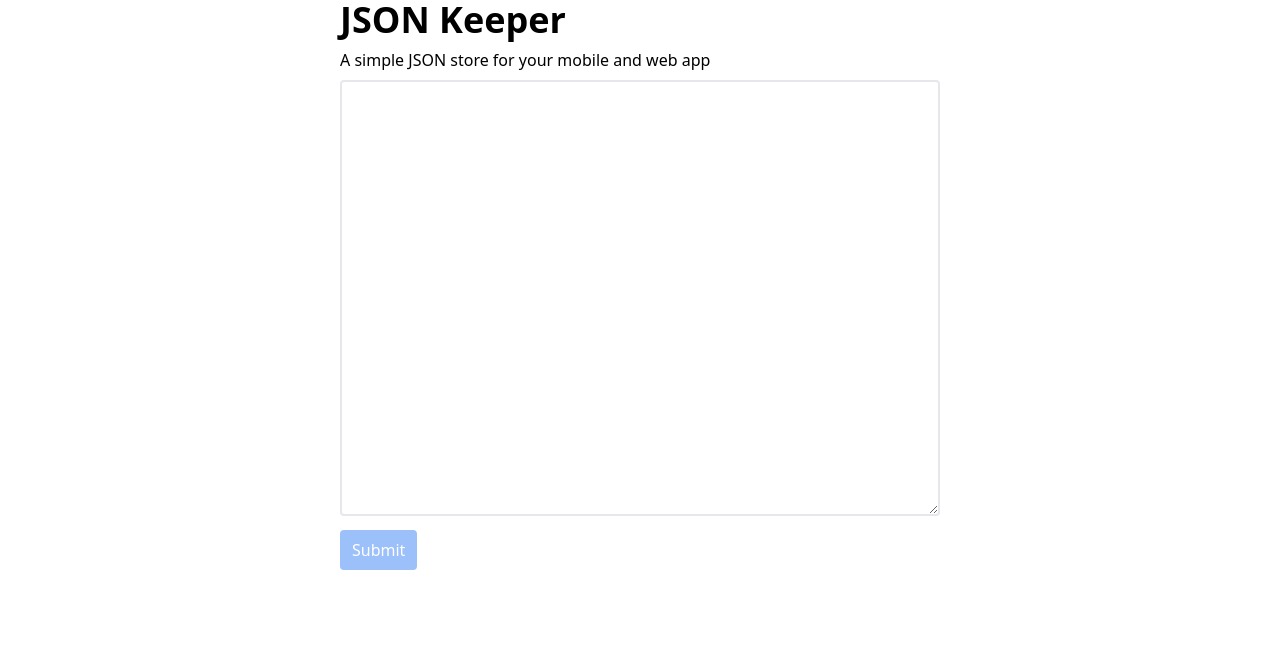
Repository: lakshithapramodya/jsonhub
Page: / (app in client/)
These files come from the project's save history. The page is drawn as it stood at one moment and after the next save; the edit follows.
The browser window is 1280 px wide. The pictures show the whole page.
The page's requests for data from a server got no answer. The project was rebuilt for these pictures with package versions that can differ from the ones it lists, and the page was loaded fresh each time. No one was signed in, and anything a server would have sent is missing. Also part of the build but not shown: client/src/HandleJsonData.js.

Above is the page before, as saved 2023-05-10 12:15:52.

After the next save:
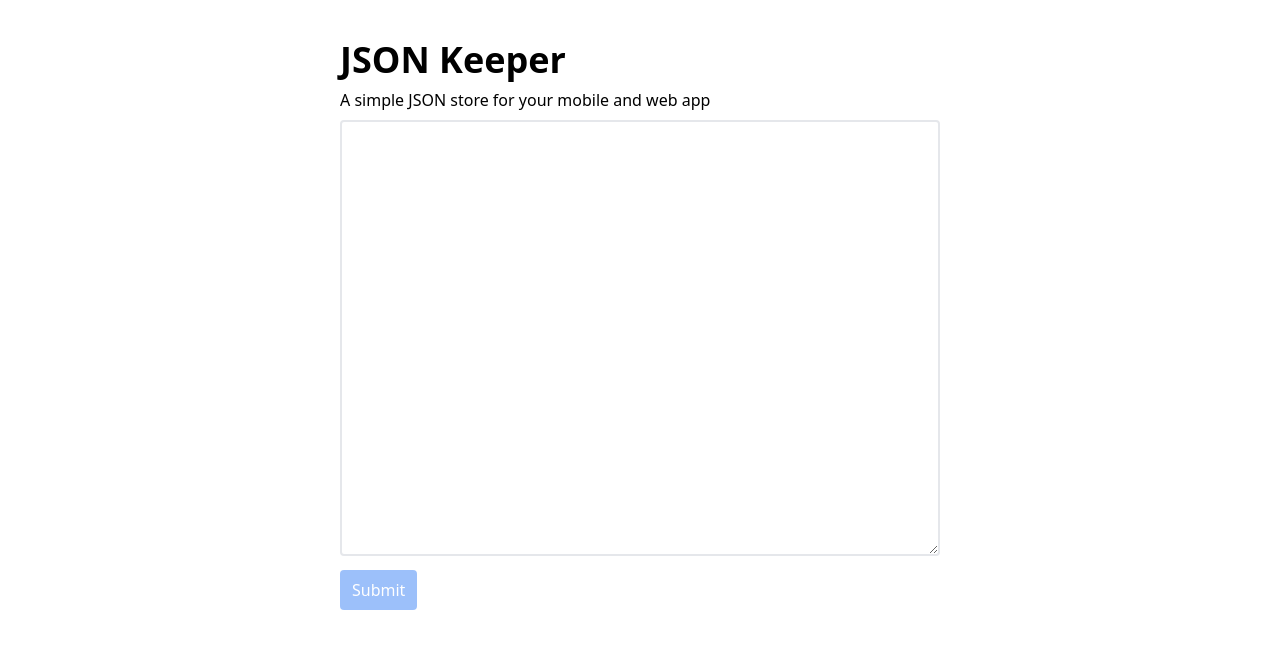
Saved 14 s later.
--- a/client/src/App.js
+++ b/client/src/App.js
@@ -40,7 +40,7 @@ function App() {
       {url && (
         <a href={`${SERVER_ENDPOINT}/${url}`}>{`${SERVER_ENDPOINT}/${url}`}</a>
       )}
-      <div className="flex flex-col mx-auto w-full md:w-1/2 items-center justify-center">
+      <div className="flex flex-col mx-auto mt-10 w-full md:w-1/2 items-center justify-center">
         <form onSubmit={handleSubmit} className="w-full space-y-2 px-5">
           <h1 className="text-4xl font-semibold">JSON Keeper</h1>
           <p>A simple JSON store for your mobile and web app</p>
